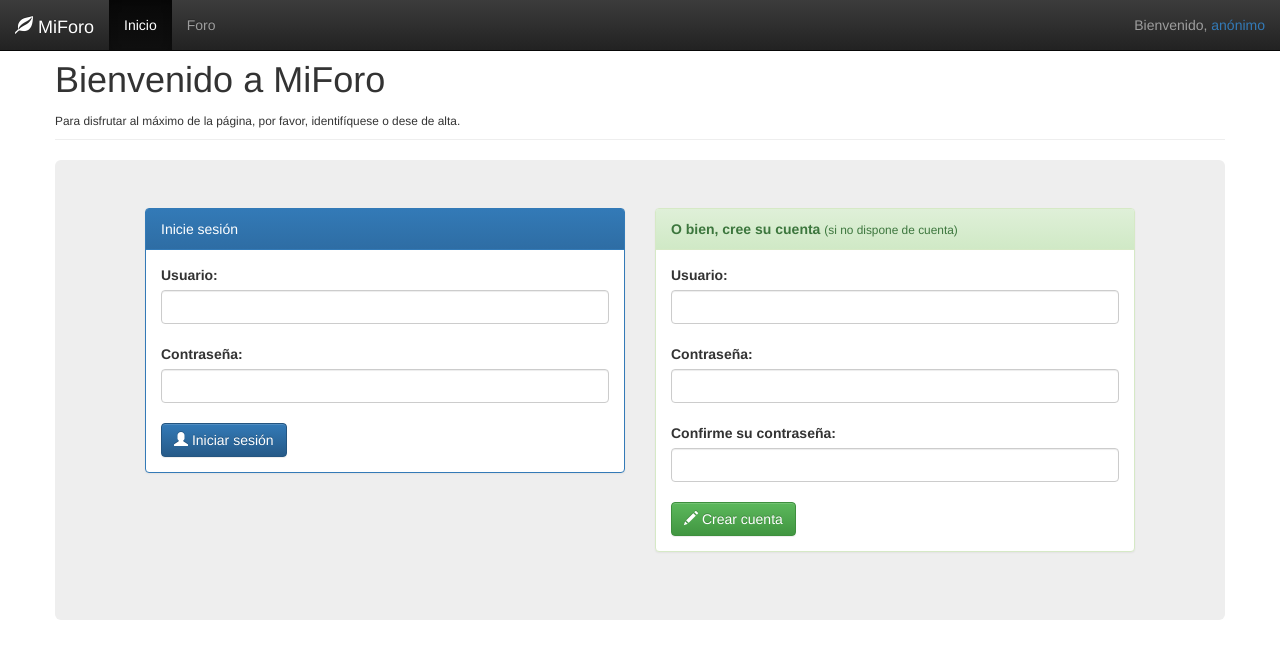
Repository: Myugen/EjercicioPHP
Page: http://localhost/
An editor plug-in stored every save of this project. The page is shown before and after the next save, followed by the edit.
The browser window is 1280 px wide. The pictures show the whole page.
Some web libraries are served in a nearby version. The page is run by PHP 8.4 with error messages shown; the project is at /var/www/html/.

Above is the page before, as saved 2015-11-27 20:10:48.
Not found: ProyectoFinalForo/jsfile

After the next save:
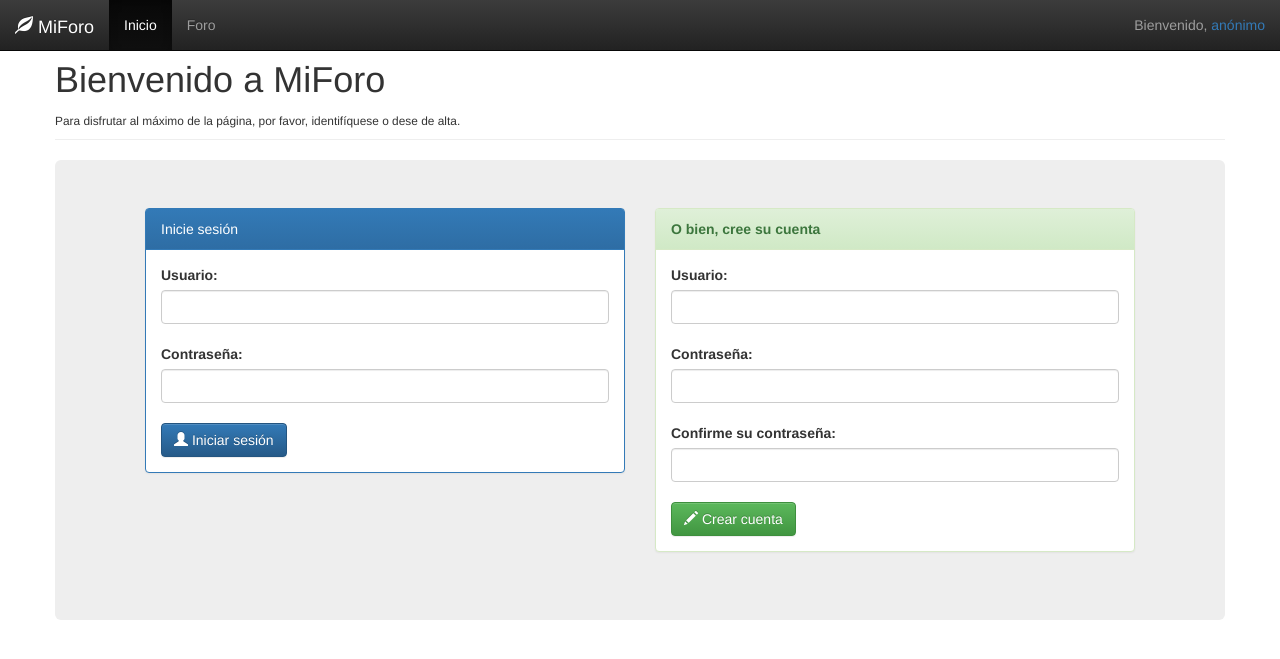
Saved 2 min 27 s later.
--- a/ProyectoFinalForo/index.php
+++ b/ProyectoFinalForo/index.php
@@ -69,7 +69,7 @@ session_start();
 	    	</div>
 	    	<div class="col-md-6">
 		    	<div class="panel panel-success">
-	  				<div class="panel-heading"><b>O bien, cree su cuenta</b> <small>(si no dispone de cuenta)</small></div>
+	  				<div class="panel-heading"><b>O bien, cree su cuenta</b></div>
 	  				<div class="panel-body">
 	    				<form action="resultado_crearCuenta.php" method="post" role="form">
 							<label for="textBoxUsuario">Usuario:</label>
